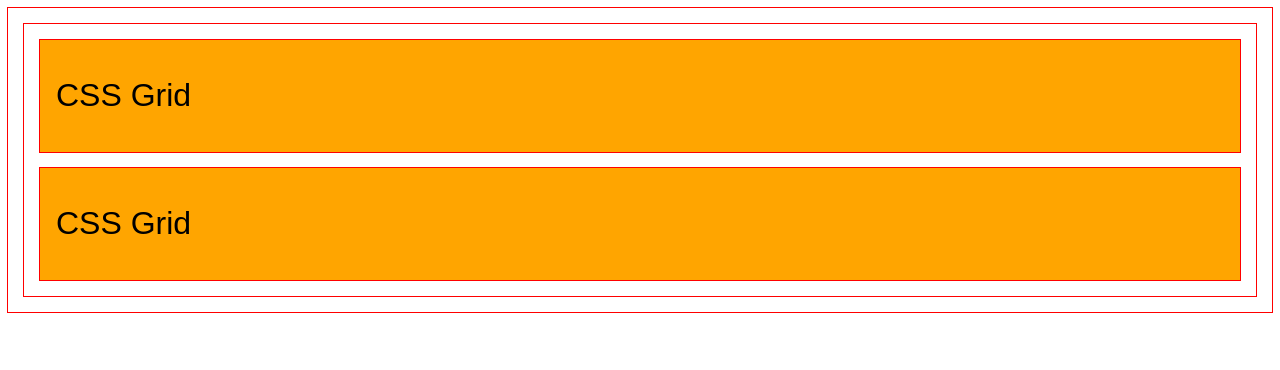
Repository: pjiang604/mdia2003-lab03b
Page: index.html
These files come from the project's save history. The page is drawn as it stood at one moment and after the next save; the edit follows.
The browser window is 1280 px wide. The pictures show the whole page.

Above is the page before, as saved 2023-01-23 23:55:42.

### index.html
<!DOCTYPE html>
<html lang="en">
<head>
    <meta charset="UTF-8">
    <meta http-equiv="X-UA-Compatible" content="IE=edge">
    <meta name="viewport" content="width=device-width, initial-scale=1.0">
    <title>Document</title>
    <link rel="stylesheet" href="style.css">
    <link rel="preconnect" href="https://fonts.google.com/specimen/Ubuntu?query=ubuntu">
</head>
<body>
<div class="">
    <div class="row">
        <div class="col">
            <h1>CSS Grid</h1>
        </div>
        <div class="col">
            <h1>CSS Grid</h1>
        </div>
    </div>
</div>
    <footer>

    </footer>
</body>
</html>

### style.css
div {
    outline: 1px solid red;
    min-height: 1rem;
    padding: 1rem;
}

h1,
h2,
h3,
h4,
h5,
h6 {
    font-family: Ubuntu, sans-serif;
    font-weight:300;
}

.row {
    display:grid;
    row-gap: 1rem;
}

.col {
    position:relative;
    background-color: orange;
}


/** small/mobile version */
@media screen and (max-width:39.9375em) {

}

/** medium and up. applicable for both tablet and mobile version */
@media screen and (max-width:40em) {
    .row {
        max-width: 70em;
        column-gap: 1.5rem;
        row-gap: 1.5rem;
        margin: 0 auto;
    }

}

/** medium only */
@media screen and (min-width:40em) and (max-width:63.9375em) {

}

/** large only */
@media screen and (min-width:64em) {

}

After the next save:
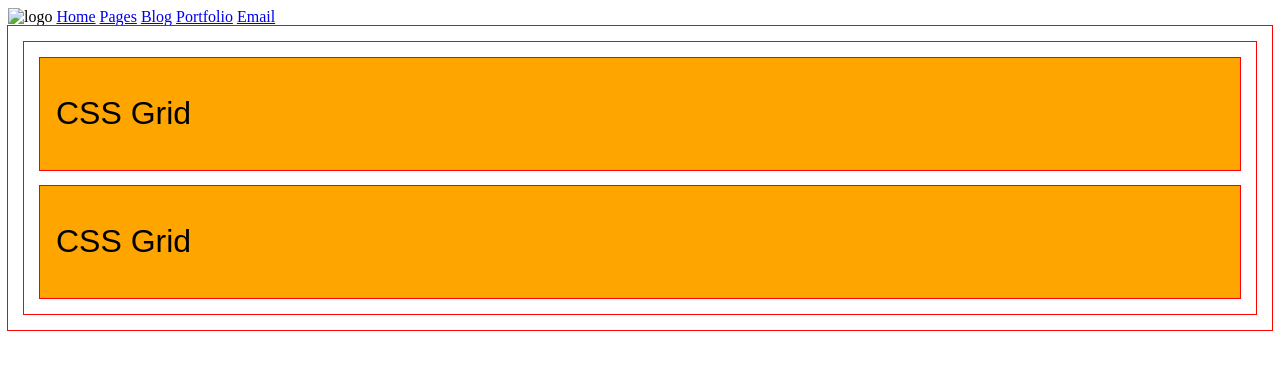
Saved 67 s later.
--- a/index.html
+++ b/index.html
@@ -9,6 +9,14 @@
     <link rel="preconnect" href="https://fonts.google.com/specimen/Ubuntu?query=ubuntu">
 </head>
 <body>
+<nav>
+    <img src="" alt="logo" class="logo">
+    <a href ="/">Home</a>
+    <a href ="/">Pages</a>
+    <a href ="/">Blog</a>
+    <a href ="/">Portfolio</a>
+    <a href ="/">Email</a>
+</nav>
 <div class="">
     <div class="row">
         <div class="col">
